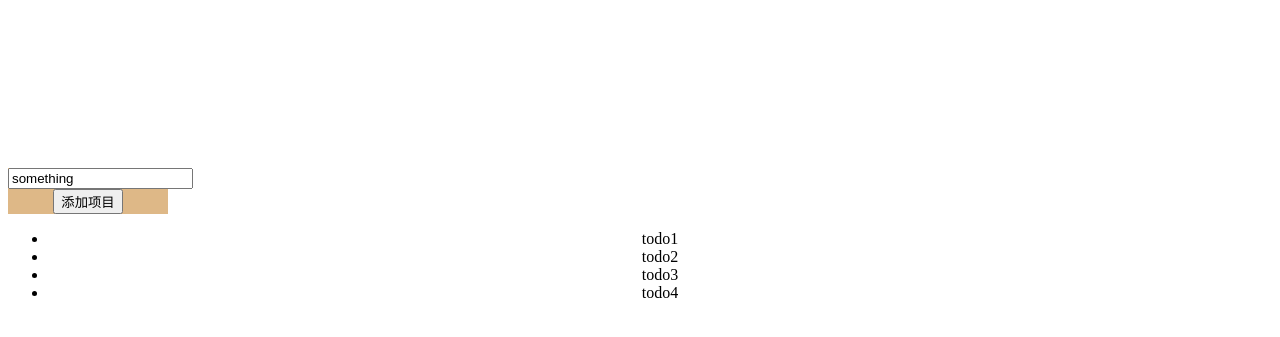
Repository: ArtemisWang/todolistProject
Page: /
The author's editor kept a copy of each file at every save. The page is drawn from the files as they stood at one save, then again after the next save.
The browser window is 1280 px wide. The pictures show the whole page.
The project was rebuilt for these pictures with package versions that can differ from the ones it lists, and the page was loaded fresh each time.

Above is the page before, as saved 2020-02-28 21:36:34.

### src/App.js
import React,{useState} from 'react';
import './App.css'
const App=function(){

    const [list, setList]=useState(['todo1','todo2','todo3','todo4'])
    const [content, setContent]=useState('something')

    function addItem(){
        setList([...list,content])
        setContent('')
    }

    function changeContent(e){
        setContent(e.target.value)
        return content
    }

    function deleteItem(i){
        setList(list.filter((x,index)=>index!==i))
    }

    return (
    <div className='app'>
        <div className='input'>
            <input onChange={changeContent} value={content}/>
            <button onClick={addItem}>添加项目</button>
        </div>
        <div className='u-list'>
            <ul>
                {list.map((it,i)=>(<li key={it+i} onClick={deleteItem.bind(this,i)}>{it}</li>))}
            </ul>
        </div>
    </div>)
}




export default App

### src/App.css
.app{
    text-align: center;
    padding-top: 10rem;
}

.input{
    display: block;
    background-color: burlywood;
    width: 10rem;
    text-align: center;
}

Loaded but not shown: public/index.html (common file); src/index.js (common file)

After the next save:
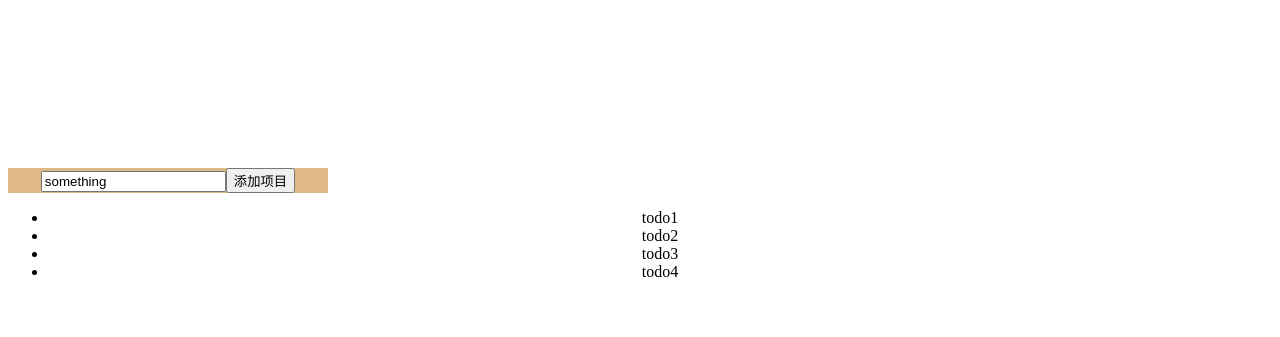
Saved 7 s later.
--- a/src/App.css
+++ b/src/App.css
@@ -6,6 +6,6 @@
 .input{
     display: block;
     background-color: burlywood;
-    width: 10rem;
+    width: 20rem;
     text-align: center;
 }
